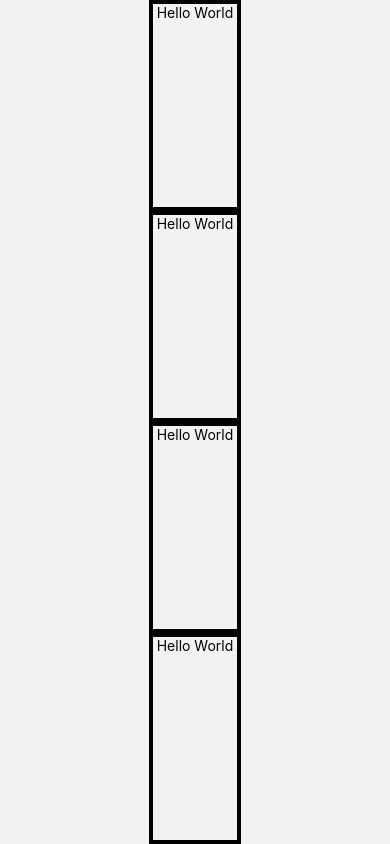
Repository: awarbler/reactNotesApp
Screen: / (app in reactNoteApp/)
These files come from the project's save history. The screen is drawn as it stood at one moment and after the next save; the edit follows.
The app was drawn by React Native's web renderer in a window 390 px wide. The project was rebuilt for these pictures with package versions that can differ from the ones it lists, and the page was loaded fresh each time.

Above is the screen before, as saved 2022-05-19 17:19:01.

After the next save:
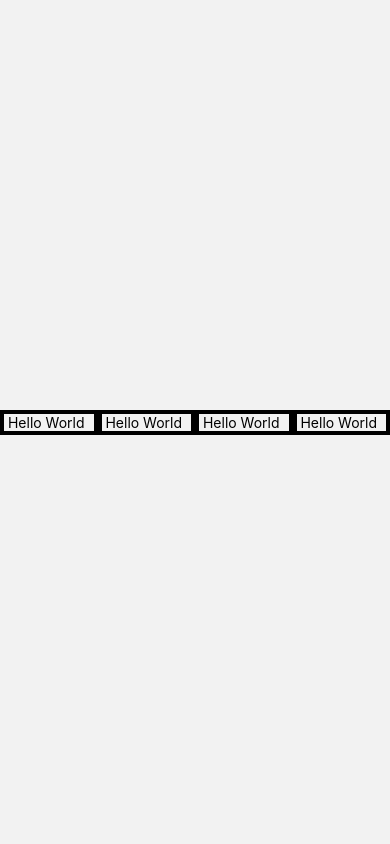
Saved 34 s later.
--- a/reactNoteApp/src/screens/Home/Home.js
+++ b/reactNoteApp/src/screens/Home/Home.js
@@ -17,7 +17,8 @@ const styles = StyleSheet.create({
     screen:{
         flex: 1, // 100 percent of the space
         justifyContent: 'center',
-        alignItems: 'center'
+        alignItems: 'center',
+        flexDirection: 'row'
 
     },
     oneFourth:{
